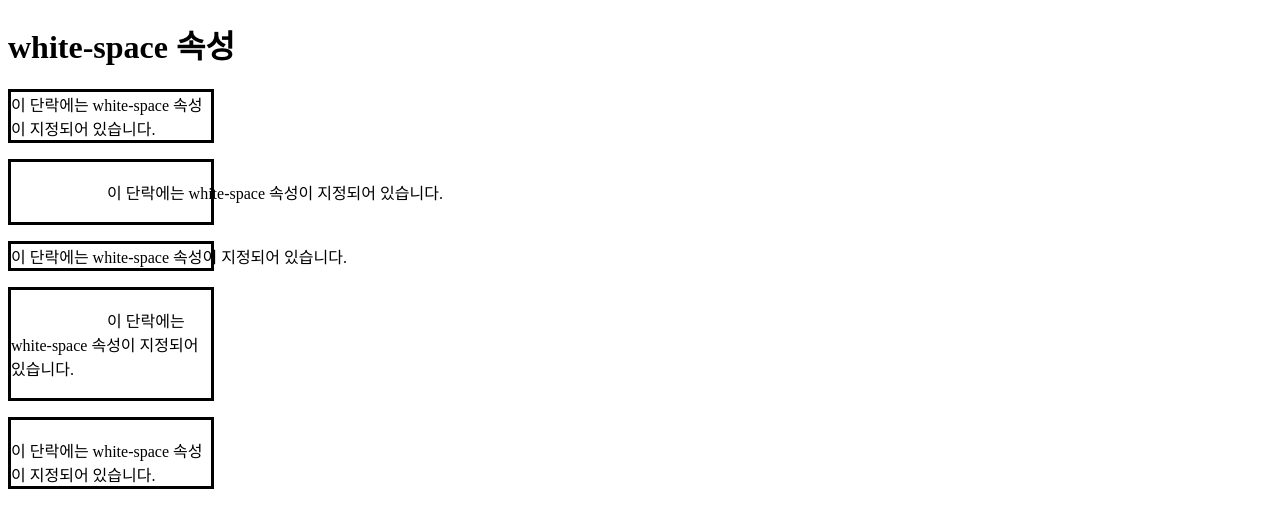
Repository: cussip/SuperHands
Page: WebExam/src/main/webapp/css/fonts/text/white-space.html
The author's editor kept a copy of each file at every save. The page is drawn from the files as they stood at one save, then again after the next save.
The browser window is 1280 px wide. The pictures show the whole page.

Above is the page before, as saved 2022-01-31 02:20:21.

### WebExam/src/main/webapp/css/fonts/text/white-space.html
<!DOCTYPE html>
<html>
	<head>
		<meta charset="utf-8">
		<title>white-space.html</title>
		<style>
			p {
				width : 200px ;
				border : 3px solid #000 ;
			}
			.normal{
				white-space : normal ;
			}
			.nowrap{
				white-space : nowrap ;
			}
			.pre{
				white-space : pre ;
			}
			.pre-wrap{
				white-space : pre-wrap ;
			}
			.pre-line{
				white-space : pre-line ;
			}
		</style>
	</head>
	<body>
		<h1>white-space 속성</h1>
		<p class="normal">
			이 단락에는 white-space 속성이 지정되어 있습니다.
		</p>
		<p class="pre">
			이 단락에는 white-space 속성이 지정되어 있습니다.
		</p>
		<p class="nowrap">
			이 단락에는         white-space      속성이 지정되어 있습니다.
		</p>
		<p class="pre-wrap">
			이 단락에는 white-space 속성이 지정되어 있습니다.
		</p>
		<p class="pre-line">
			이 단락에는 white-space 속성이 지정되어 있습니다.
		</p>
	</body>
</html>

After the next save:
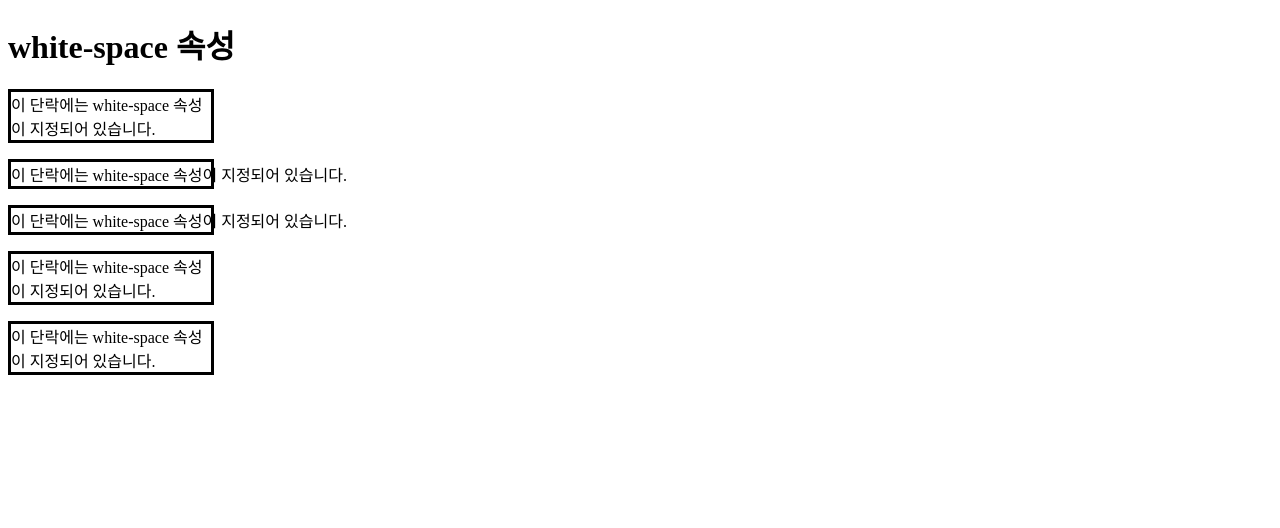
Saved 50 s later.
--- a/WebExam/src/main/webapp/css/fonts/text/white-space.html
+++ b/WebExam/src/main/webapp/css/fonts/text/white-space.html
@@ -1,46 +1,27 @@
 <!DOCTYPE html>
 <html>
-	<head>
-		<meta charset="utf-8">
-		<title>white-space.html</title>
-		<style>
-			p {
-				width : 200px ;
-				border : 3px solid #000 ;
-			}
-			.normal{
-				white-space : normal ;
-			}
-			.nowrap{
-				white-space : nowrap ;
-			}
-			.pre{
-				white-space : pre ;
-			}
-			.pre-wrap{
-				white-space : pre-wrap ;
-			}
-			.pre-line{
-				white-space : pre-line ;
-			}
-		</style>
-	</head>
-	<body>
-		<h1>white-space 속성</h1>
-		<p class="normal">
-			이 단락에는 white-space 속성이 지정되어 있습니다.
-		</p>
-		<p class="pre">
-			이 단락에는 white-space 속성이 지정되어 있습니다.
-		</p>
-		<p class="nowrap">
-			이 단락에는         white-space      속성이 지정되어 있습니다.
-		</p>
-		<p class="pre-wrap">
-			이 단락에는 white-space 속성이 지정되어 있습니다.
-		</p>
-		<p class="pre-line">
-			이 단락에는 white-space 속성이 지정되어 있습니다.
-		</p>
-	</body>
+<head>
+	<meta charset="UTF-8">
+	<title>white-space.html</title>
+	<style>
+		p {
+			width : 	200px ;
+			border :	3px solid #000 ;
+		}
+		.normal 	{ white-space : normal ; }
+		.pre 		{ white-space : pre ; }
+		.nowrap 	{ white-space : nowrap ; }
+		.pre-wrap 	{ white-space : pre-wrap ; }
+		.pre-line 	{ white-space : pre-line ; }
+	</style>
+</head>
+<body>
+	<!-- 텍스트의 공백과 줄바꿈의 처리 방법을 지정한다. -->
+	<h1>white-space 속성</h1>
+	<p class="normal">이 단락에는 white-space 속성이 지정되어 있습니다.</p>
+	<p class="pre">이 단락에는 white-space 속성이 지정되어 있습니다.</p>
+	<p class="nowrap">이 단락에는      white-space     속성이 지정되어 있습니다.</p>
+	<p class="pre-wrap">이 단락에는 white-space 속성이 지정되어 있습니다.</p>
+	<p class="pre-line">이 단락에는 white-space 속성이 지정되어 있습니다.</p>
+</body>
 </html>
